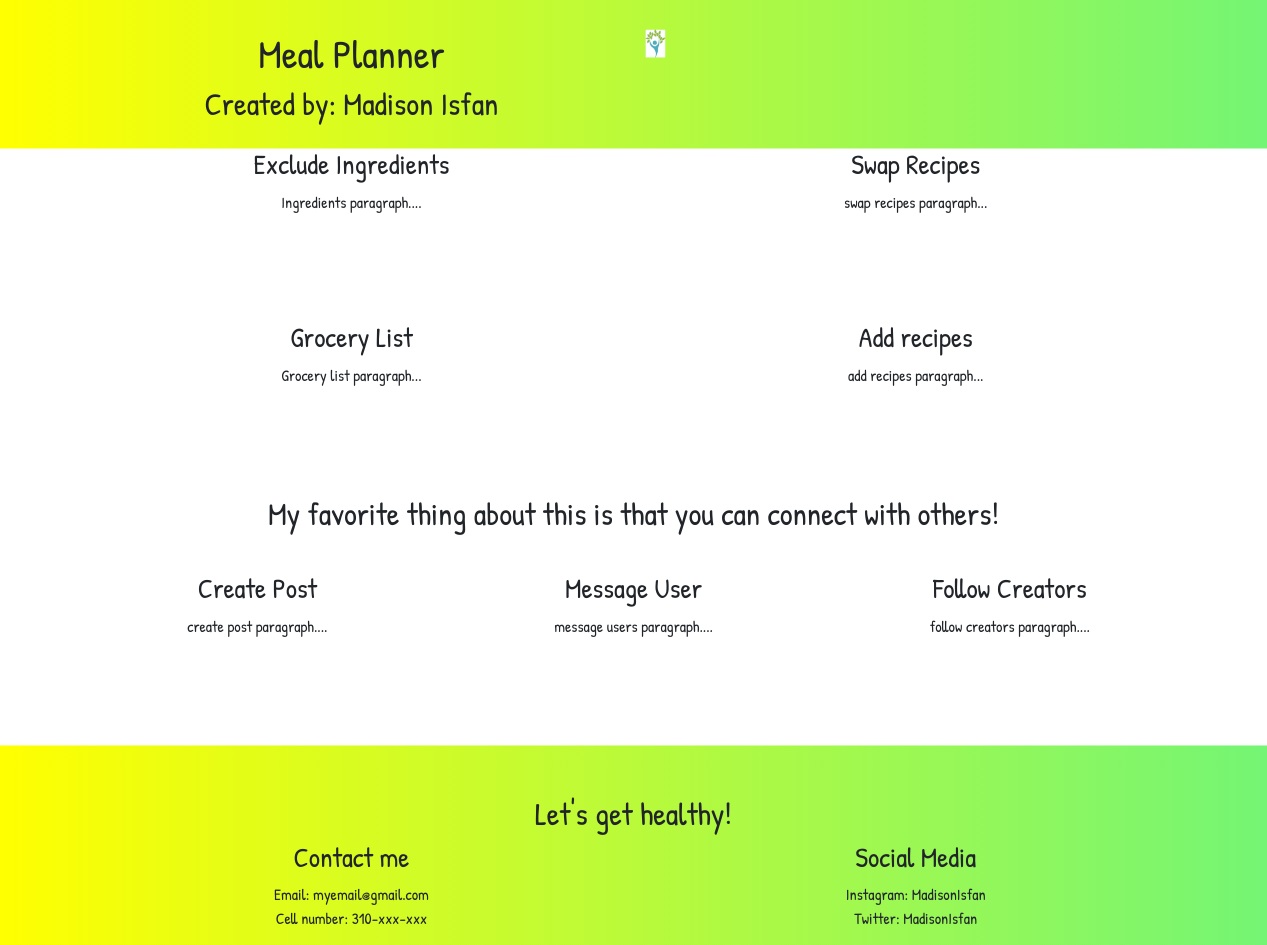
Repository: madisonisfan/Meal-Planner
Page: index.html
The author's editor kept a copy of each file at every save. The page is drawn from the files as they stood at one save, then again after the next save.
The browser window is 1280 px wide. The pictures show the whole page, at 99% of full size.
Some web libraries are served in a nearby version.

Above is the page before, as saved 2021-02-17 17:44:27.

After the next save:
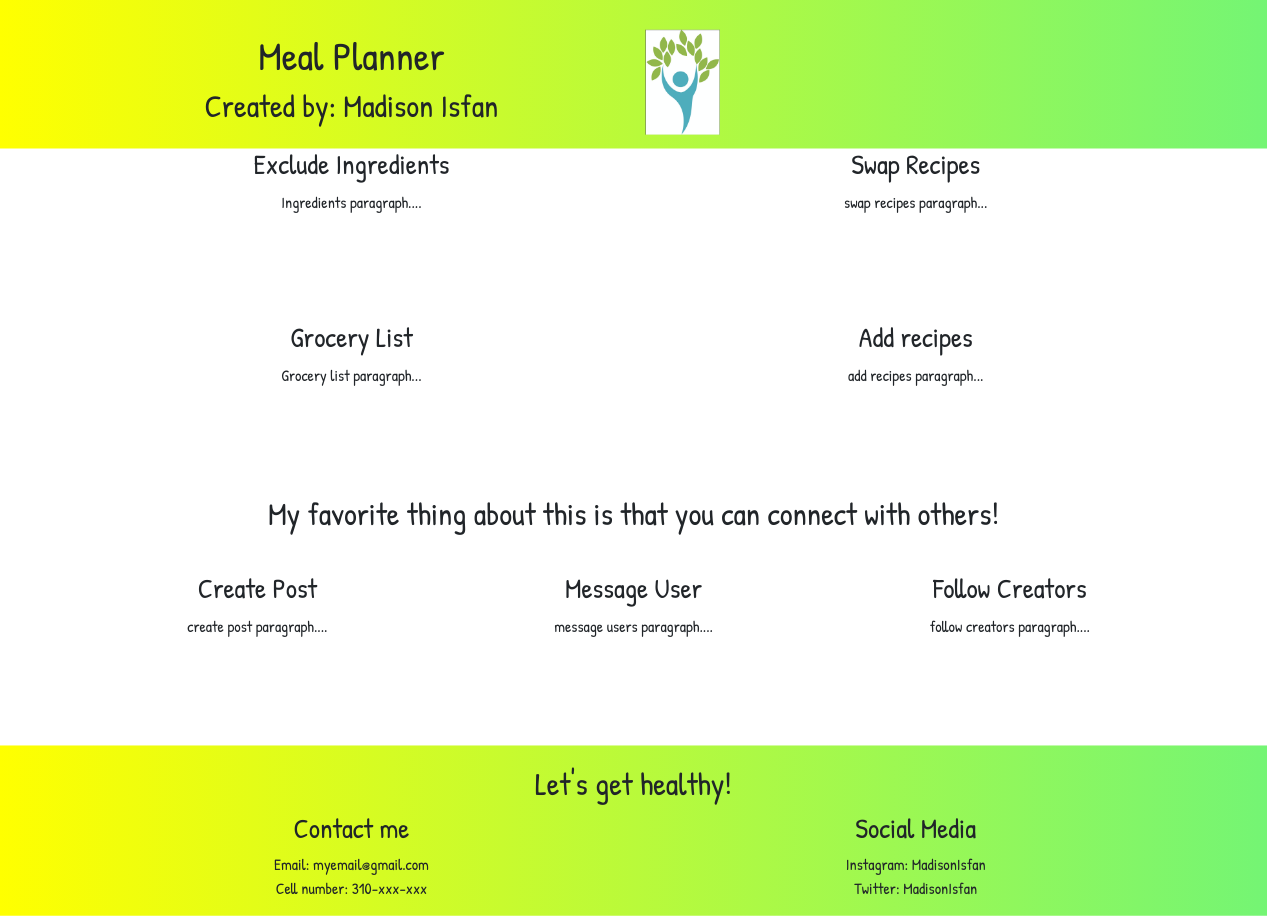
Saved 10 s later.
--- a/css/styles.css
+++ b/css/styles.css
@@ -8,11 +8,11 @@ body {
 
 footer {
   background-image: linear-gradient(to right, yellow, rgb(116, 245, 116));
-  padding-top: 50px;
+  padding-top: 20px;
 }
 
 img {
-  width: 20px;
+  width: 75px;
 }
 
 .row-content {
